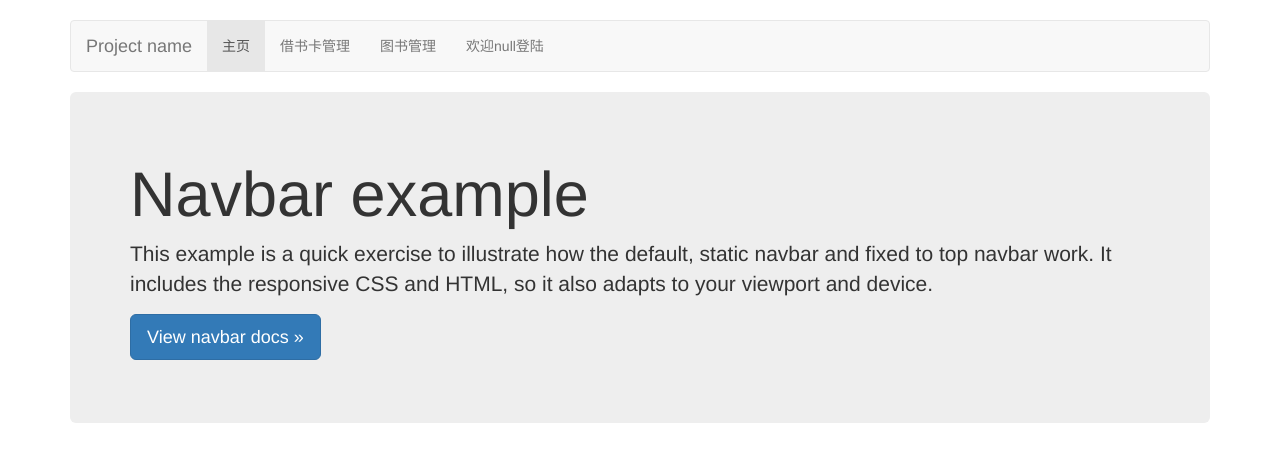
Repository: chaice/code
Page: http://localhost/web5/home
These files come from the project's save history. The page is drawn as it stood at one moment and after the next save; the edit follows.
The browser window is 1280 px wide. The pictures show the whole page.
Some web libraries are served in a nearby version. The page is served by Tomcat 9. Other server files are loaded and not shown.

Above is the page before, as saved 2016-06-01 07:38:46.

### web5/WebContent/WEB-INF/views/home.jsp
<%@ page language="java" contentType="text/html; charset=UTF-8"
	pageEncoding="UTF-8"%>
<!DOCTYPE html>
<html>
<head>
<meta charset="UTF-8">
<title>主页</title>
<%@ include file="head.jsp"%>
        <div class="jumbotron">
        <h1>Navbar example</h1>
        <p>This example is a quick exercise to illustrate how the default, static navbar and fixed to top navbar work. It includes the responsive CSS and HTML, so it also adapts to your viewport and device.</p>
        <p>
          <a class="btn btn-lg btn-primary" href="../../components/#navbar" role="button">View navbar docs &raquo;</a>
        </p>
      </div>
    </div>
    <script src="//cdn.bootcss.com/jquery/1.11.3/jquery.min.js"></script>
    <script src="//cdn.bootcss.com/bootstrap/3.3.5/js/bootstrap.min.js"></script>
<script>
	$("ul>li:nth-child(1)").addClass("active");
</script>
</body>
</html>

### web5/WebContent/WEB-INF/views/head.jsp
<%@ page language="java" contentType="text/html; charset=UTF-8"
	pageEncoding="UTF-8"%>
<link href="//cdn.bootcss.com/bootstrap/3.3.5/css/bootstrap.min.css"
	rel="stylesheet">
<style>
body {
	padding-top: 20px;
	padding-bottom: 20px;
}

.navbar {
	margin-bottom: 20px;
}
</style>
</head>

<body>
	<%
		String username = (String) request.getAttribute("username");
	%>
	<div class="container">
		<nav class="navbar navbar-default">
			<div class="container-fluid">
				<div class="navbar-header">
					<button type="button" class="navbar-toggle collapsed"
						data-toggle="collapse" data-target="#navbar" aria-expanded="false"
						aria-controls="navbar">
						<span class="sr-only">Toggle navigation</span> <span
							class="icon-bar"></span> <span class="icon-bar"></span> <span
							class="icon-bar"></span>
					</button>
					<a class="navbar-brand" href="#">Project name</a>
				</div>
				<div id="navbar" class="navbar-collapse collapse">
					<ul class="nav navbar-nav">
						<li><a href="/home">主页</a></li>
						<li><a href="/card">借书卡管理</a></li>
						<li><a href="/book">图书管理</a></li>
						<li><a>欢迎<%=username%>登陆</a></li>
					</ul>
				</div>
			</div>
		</nav>

### web5/src/com/ccit/myservlet/Home.java
package com.ccit.myservlet;

import java.io.IOException;
import javax.servlet.ServletException;
import javax.servlet.http.HttpServlet;
import javax.servlet.http.HttpServletRequest;
import javax.servlet.http.HttpServletResponse;

public class Home extends HttpServlet {
	private static final long serialVersionUID = 1L;

    public Home() {
        super();

    }


	protected void doGet(HttpServletRequest request, HttpServletResponse response) throws ServletException, IOException {
		request.getRequestDispatcher("/WEB-INF/views/home.jsp").forward(request, response);
	}



}

After the next save:
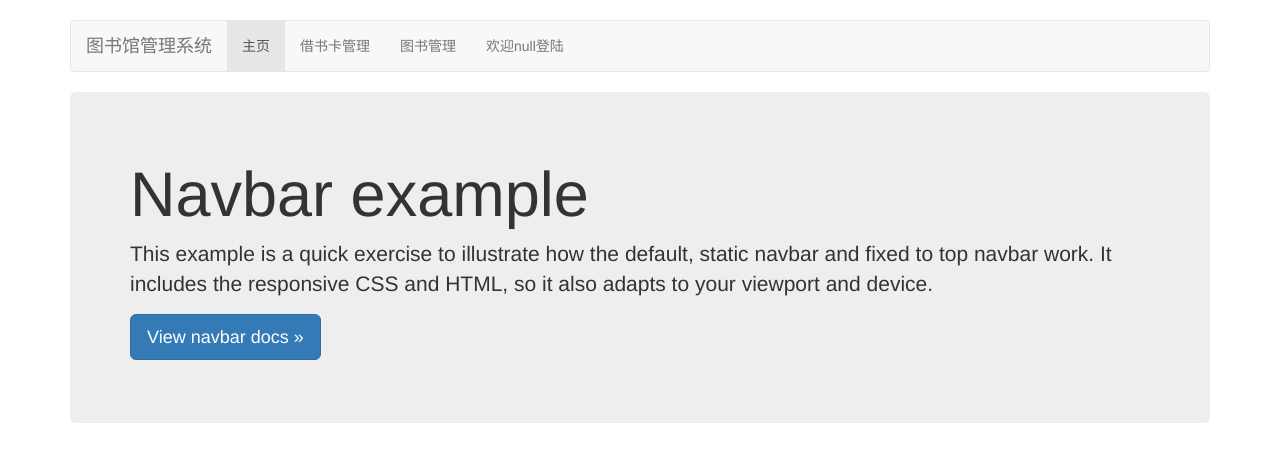
Saved 15 min 51 s later.
--- a/web5/WebContent/WEB-INF/views/head.jsp
+++ b/web5/WebContent/WEB-INF/views/head.jsp
@@ -22,14 +22,7 @@ body {
 		<nav class="navbar navbar-default">
 			<div class="container-fluid">
 				<div class="navbar-header">
-					<button type="button" class="navbar-toggle collapsed"
-						data-toggle="collapse" data-target="#navbar" aria-expanded="false"
-						aria-controls="navbar">
-						<span class="sr-only">Toggle navigation</span> <span
-							class="icon-bar"></span> <span class="icon-bar"></span> <span
-							class="icon-bar"></span>
-					</button>
-					<a class="navbar-brand" href="#">Project name</a>
+					<a class="navbar-brand">图书馆管理系统</a>
 				</div>
 				<div id="navbar" class="navbar-collapse collapse">
 					<ul class="nav navbar-nav">
